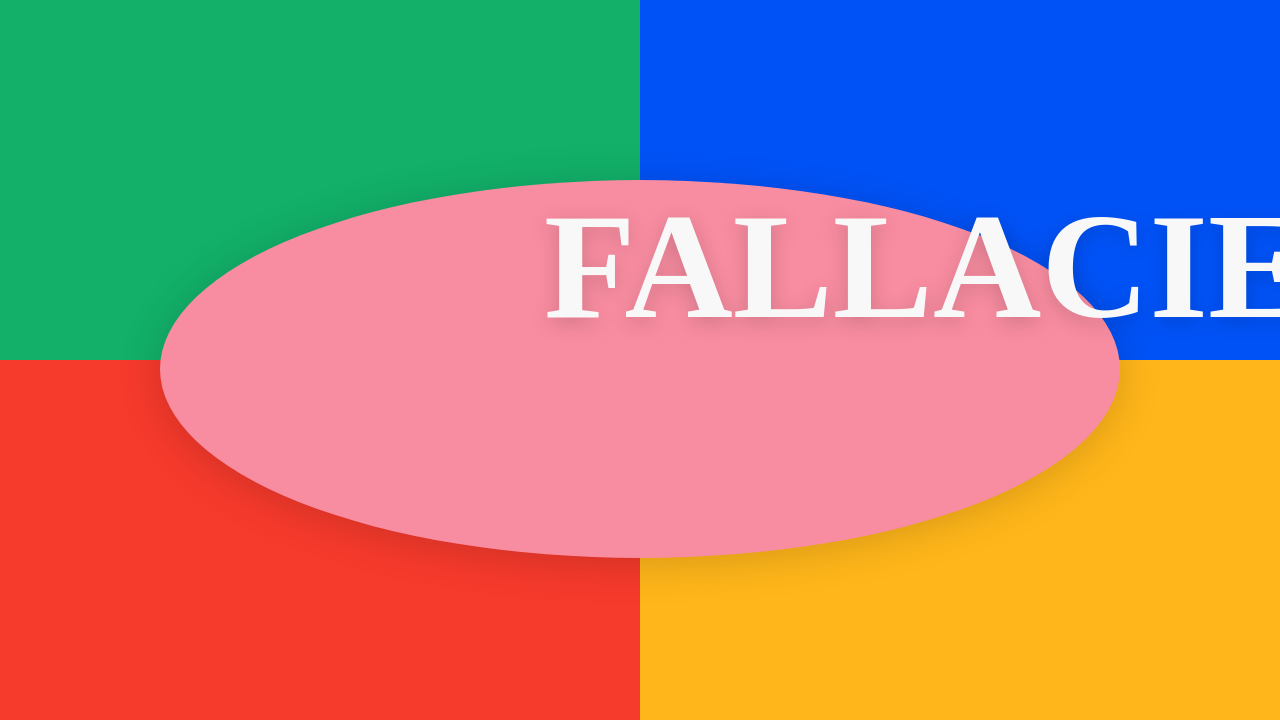
Repository: yafugray/fallacies
Page: project/Midterm project/index.html
These files come from the project's save history. The page is drawn as it stood at one moment and after the next save; the edit follows.
The browser window is 1280 px wide. The pictures show the whole page.

Above is the page before, as saved 2020-03-12 14:54:44.

After the next save:
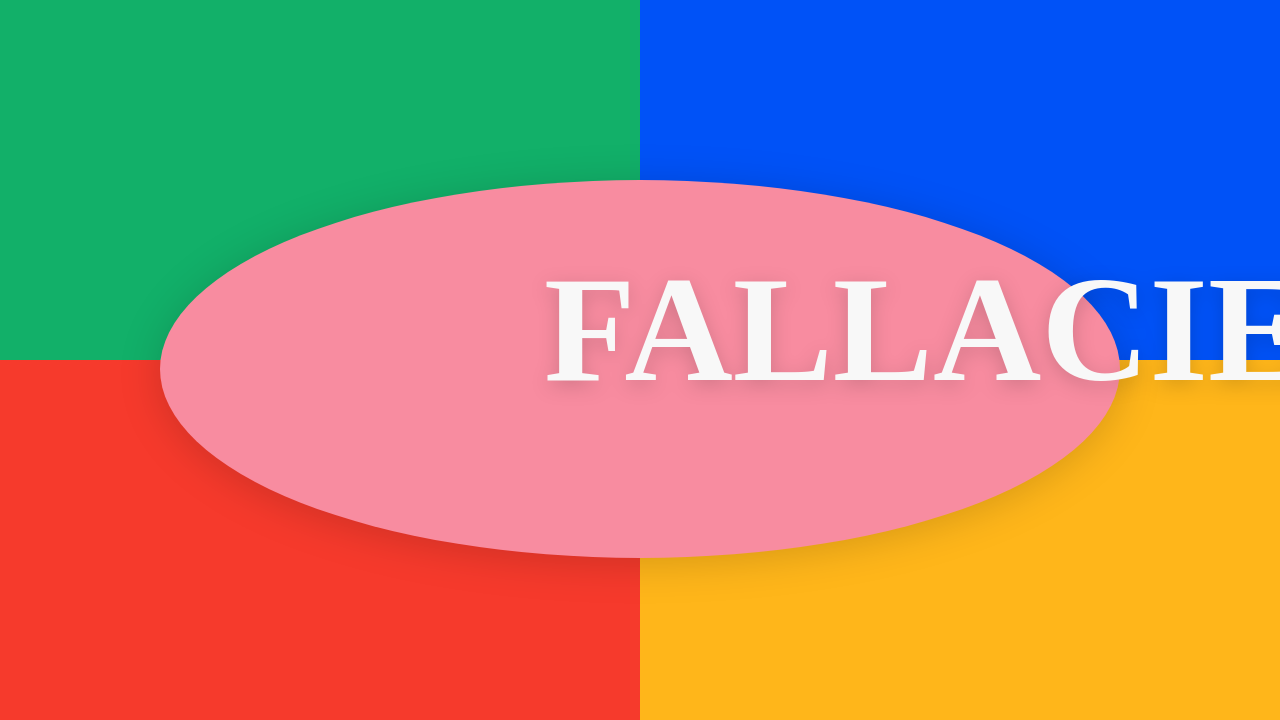
Saved 13 s later.
--- a/project/Midterm project/app.css
+++ b/project/Midterm project/app.css
@@ -95,7 +95,7 @@
     position: absolute;
     left: 25%;
     right: 25%;
-    top: 0;
+    top: 25%;
     overflow: visible;
     width: 889px;
     white-space: nowrap;
